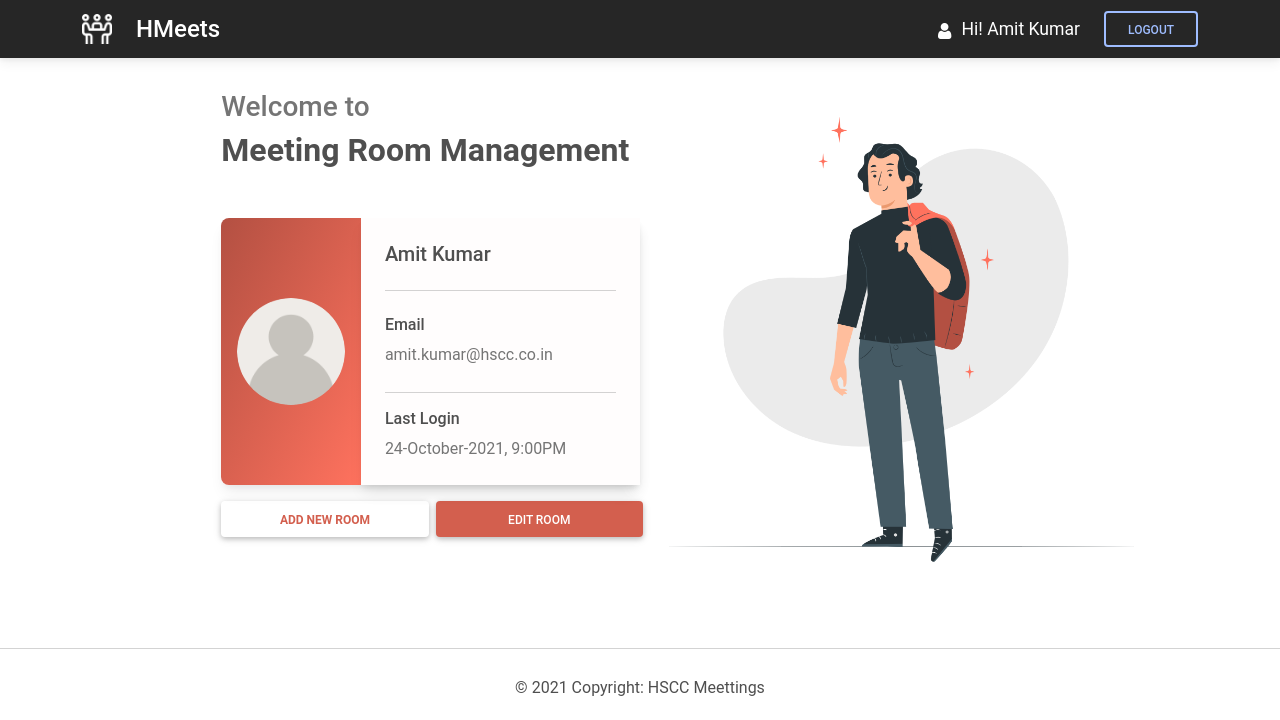
Repository: pavleen14/techyons-code-fury
Page: http://localhost/meetingroommanagement/views/admin.jsp
The author's editor kept a copy of each file at every save. The page is drawn from the files as they stood at one save, then again after the next save.
The browser window is 1280 px wide. The pictures show the whole page.
The page is served by Tomcat 9. Other server files are loaded and not shown.

Above is the page before, as saved 2021-09-26 17:15:51.

### application/meetingroommanagement/src/main/webapp/views/admin.jsp
<%@page import="com.hsbc.meets.entity.User"%>
<%@page import="javax.servlet.descriptor.JspPropertyGroupDescriptor"%>
<!DOCTYPE html>
<html lang="en">

<head>
    <meta charset="UTF-8">
    <meta http-equiv="X-UA-Compatible" content="IE=edge">
    <meta name="viewport" content="width=device-width, initial-scale=1.0">
    <link rel="stylesheet" href="/meetingroommanagement/css/style.css">
    <title>Admin | HMeets</title>
</head>

<body id="page-container">
<%
    User user = (User)request.getSession().getAttribute("user");
    pageContext.setAttribute("user", user);
%>
    <header>
        <!-- Navbar -->
        <nav class="navbar navbar-expand-lg bg-dark" style="height: 8vh">
            <div class="container">
                <!-- Logo -->
                <img src="/meetingroommanagement/resources/images/logo.png" height="30" alt="" />
                <h4 class="text-white ms-4 my-auto">HMeets</h4>
                <!-- Logo -->

                <!-- Menu button -->
                <button class="navbar-toggler" type="button" data-mdb-toggle="collapse" data-mdb-target="#navbarButtons" aria-controls="navbarButtons" aria-expanded="true" aria-label="Toggle navigation">
                    <img src="/meetingroommanagement/resources/images/icon_menu.png" height="22" alt="" class="me-1" />
                </button>
                <!-- Menu button -->

                <!-- Nav Items -->
                <div class="collapse navbar-collapse align-items-center" id="navbarButtons">
                    <div class="me-auto"></div>
                    <!-- <small class="text-info me-4">Link</small> -->
                    <ul class="align-nav-item">
                        <img src="/meetingroommanagement/resources/images/icon_user.png" height="16" alt="" class="me-1" />
                        <small class="text-white me-4">Hi! Amit Kumar</small>
                    </ul>
                    <ul class="align-nav-item">
                        <a href="">
                            <button type="button" class="btn btn-outline-info" data-mdb-ripple-color="dark">
                                Logout
                            </button>
                        </a>
                    </ul>
                    <!-- </div> -->
                </div>
                <!-- Nav Items -->
            </div>
        </nav>
        <!-- Navbar -->
    </header>

    <main id="content-wrap">
        <div class="container-fluid">
            <div class="row d-flex justify-content-center align-items-center h-100">
                <div class="col-9 col-sm-8 col-md-9 col-lg-6 col-xl-4 offset-xl-1">
                    <!--Welcome Text-->
                    <div class="d-flex flex-row align-items-center justify-content-center justify-content-lg-start">
                        <h3 class="text-muted">Welcome to</h3><br>
                    </div>
                    <div>
                        <h1 class="text-center lead d-flex flex-row align-items-center justify-content-center justify-content-lg-start">
                            Meeting Room Management</h1>
                    </div>
                    <!--/ Welcome Text-->

                    <!--User Details-->
                    <div class="card mt-5 mb-3" style="border-radius: .5rem;">
                        <div class="row g-0">
                            <div class="col-md-4 gradient-custom d-flex flex-row align-items-center justify-content-center" style="border-top-left-radius: .5rem; border-bottom-left-radius: .5rem;">
                                <img src="/meetingroommanagement/resources/images/img_user_card.png" alt="avatar" class="rounded-circle img-fluid py-4 p-3" style="width: 150px;">
                            </div>
                            <div class="col-md-8">
                                <div class="user-card-body px-4 py-2">
                                    <h5 class="my-3">Amit Kumar</h5>
                                    <hr class="my-4">
                                    <div class="col-12 mb-1">
                                        <h6>Email</h6>
                                        <p class="text-muted">amit.kumar@hscc.co.in</p>
                                    </div>
                                    <hr class="mt-4">
                                    <div class="col-12 mb-1">
                                        <h6>Last Login</h6>
                                        <p class="text-muted">24-October-2021, 9:00PM</p>
                                    </div>
                                </div>
                            </div>
                        </div>
                    </div>
                    <!--/ User Details-->

                    <!--Action Buttons-->
                    <div class="row">
                        <div class="col-md-6">
                            <button type="button" class="btn" id="btnadminoutline">
                                Add New Room
                            </button>
                        </div>
                        <div class="col-md-6">
                            <button type=" button" class="btn" id="btnadmin">Edit Room</button>
                        </div>
                    </div>
                    <!--/ Action Buttons-->

                </div>
                <!--Background picture-->
                <div class="col-9 col-sm-6 col-md-6 col-lg-6 col-xl-5">
                    <img src="/meetingroommanagement/resources/images/bg_admin.png" class="img-fluid" alt="Login">
                </div>
                <!--Background picture-->
            </div>
        </div>
    </main>

    <!--Footer-->
    <footer id="footer">
        <div>
            <hr class="my-2">
        </div>
        <div class="footer-copyright d-flex align-items-center justify-content-center">
            © 2021 Copyright: HSCC Meettings
        </div>
    </footer>
    <!--/.Footer-->

    <!--scripts-->
    <script src="/meetingroommanagement/scripts/scripts.js"></script>
    <!--scripts-->
</body>

</html>

Loaded but not shown: application/meetingroommanagement/src/main/webapp/css/style.css (library); application/meetingroommanagement/src/main/webapp/scripts/scripts.js (library)

After the next save:
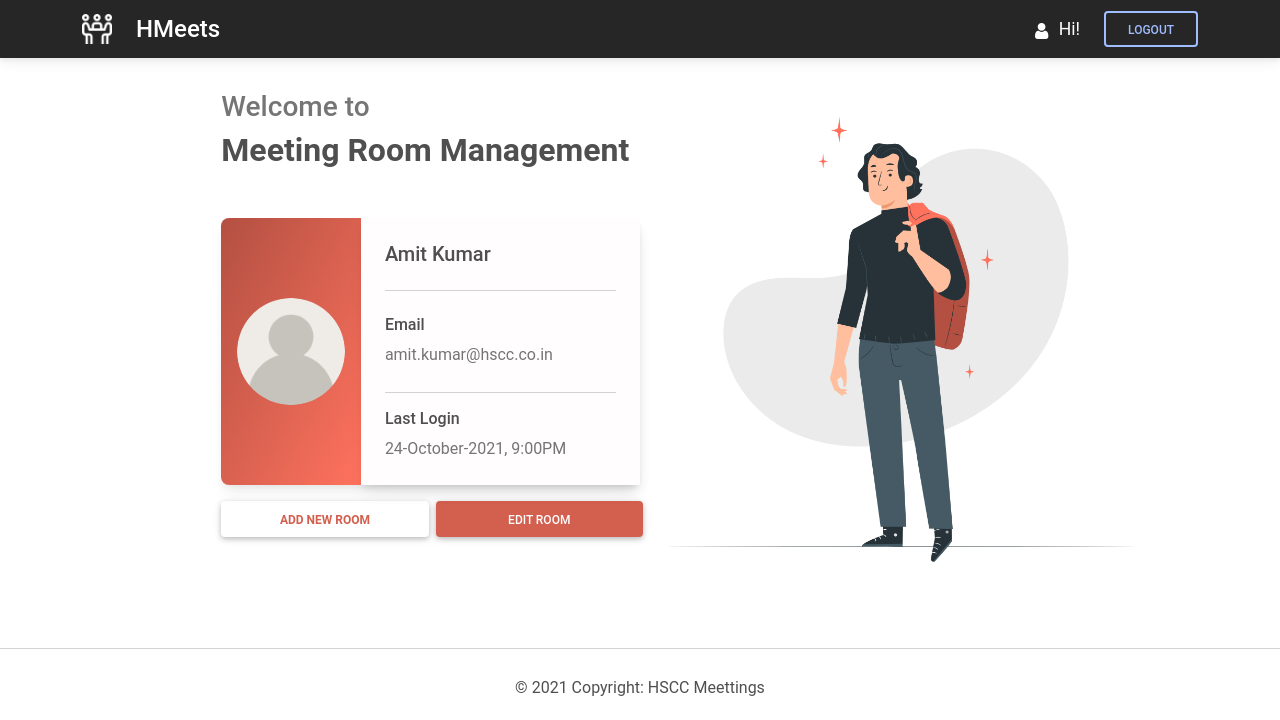
Saved 14 s later.
--- a/application/meetingroommanagement/src/main/webapp/views/admin.jsp
+++ b/application/meetingroommanagement/src/main/webapp/views/admin.jsp
@@ -37,7 +37,7 @@
                     <!-- <small class="text-info me-4">Link</small> -->
                     <ul class="align-nav-item">
                         <img src="/meetingroommanagement/resources/images/icon_user.png" height="16" alt="" class="me-1" />
-                        <small class="text-white me-4">Hi! Amit Kumar</small>
+                        <small class="text-white me-4">Hi! ${ user.Name }</small>
                     </ul>
                     <ul class="align-nav-item">
                         <a href="">
